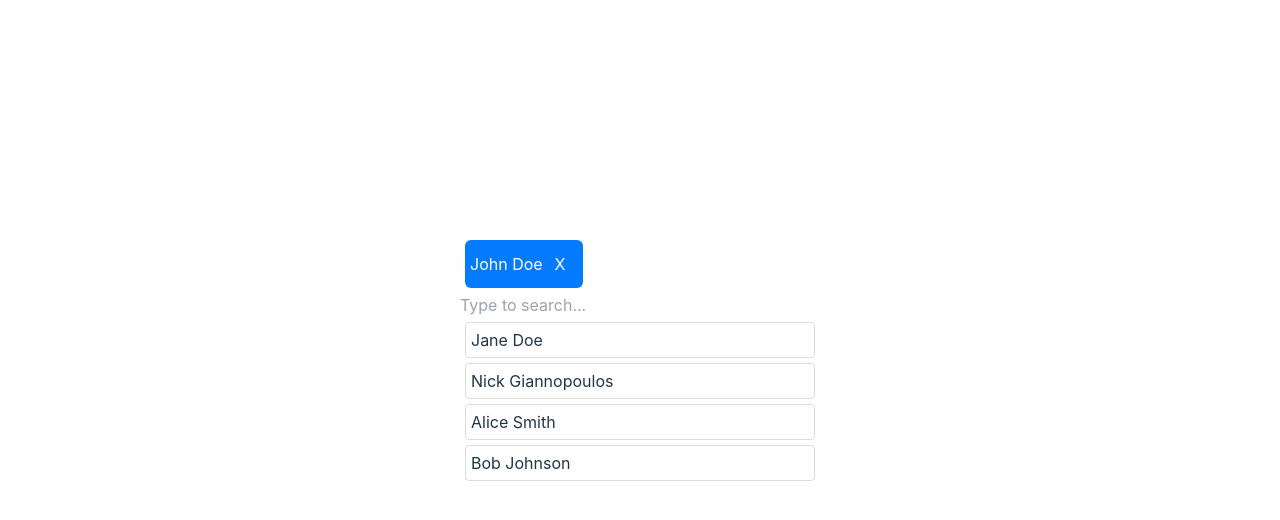
Repository: Ayansaxena24/Chip
Page: /, after clicking the first element matching `li`
These files come from the project's save history. The page is drawn as it stood at one moment and after the next save; the edit follows.
The browser window is 1280 px wide. The pictures show the whole page.
Some web libraries are served in a nearby version. The project was rebuilt for these pictures with package versions that can differ from the ones it lists, and the page was loaded fresh each time. Also part of the build but not shown: vite.config.ts.

Above is the page before, as saved 2024-01-16 03:11:55.

After the next save:
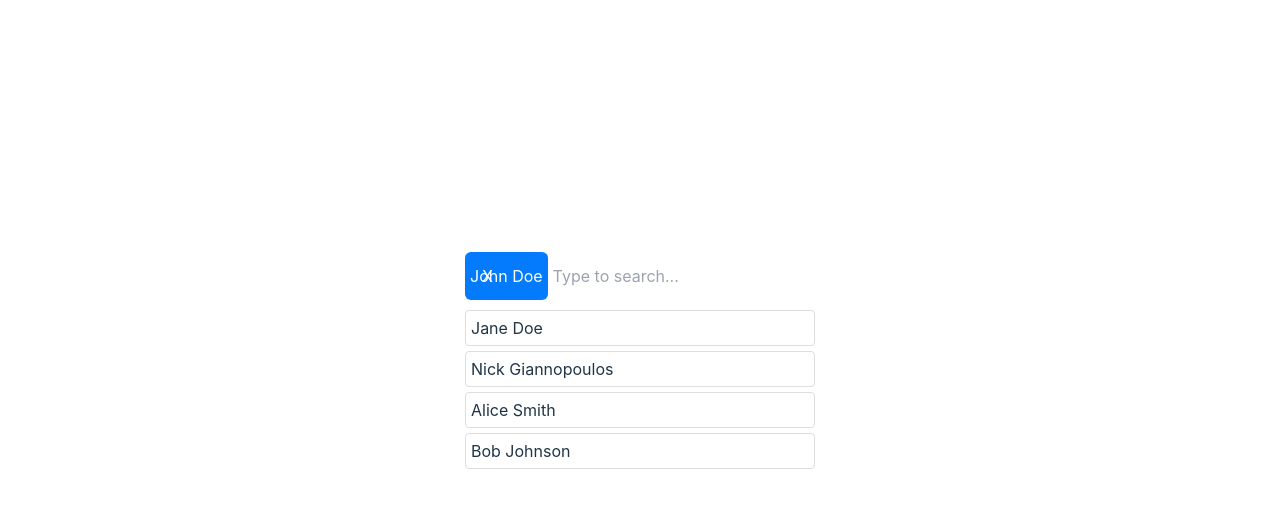
Saved 20 s later.
--- a/src/ChipInput.tsx
+++ b/src/ChipInput.tsx
@@ -82,7 +82,7 @@ const ChipInput: React.FC = () => {
               onClick={() => handleChipRemove(chip.id)}
             >
               {chip.label}
-              <span className="hover:border-white hover:bg-red-600 hover:border-2 hover:rounded-md px-1 mx-2">X</span>
+              <span className="hover:border-white hover:bg-red-600 hover:border-2 hover:rounded-md px-1 mx-2 absolute">X</span>
             </div>
           ))}
           <input
